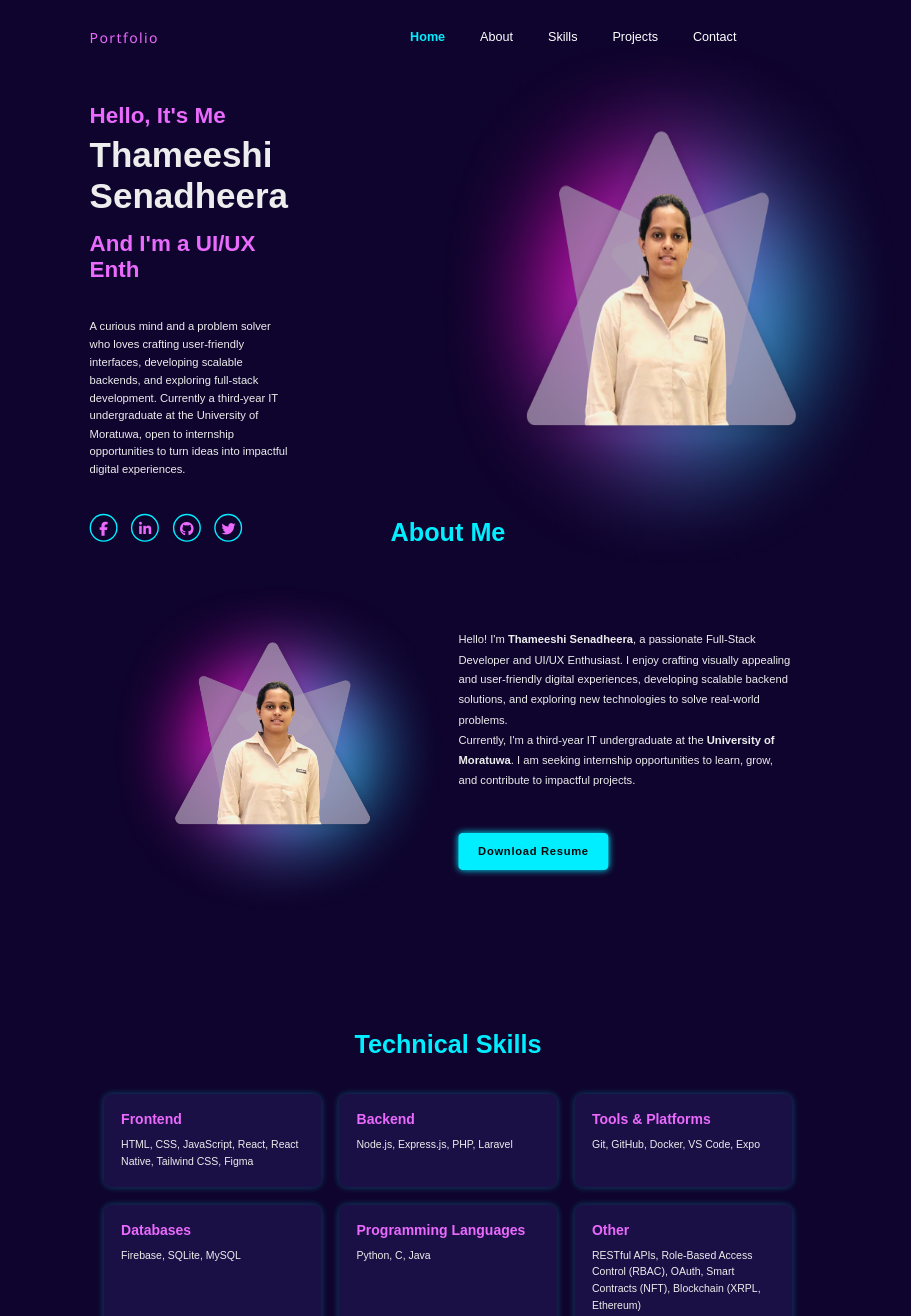
Repository: Thameeshi/portfolio-website
Page: http://localhost/
These files come from the project's save history. The page is drawn as it stood at one moment and after the next save; the edit follows.
The browser window is 1280 px wide. The page is 1302 px wide, then 1280 px, so the pictures cover 1302 px, including what lies to the right of the window. The pictures show the part of the page from y = 0 to 1880 px (the page is 3616 px tall), at 70% of full size.
Some web libraries are served in a nearby version. The page is served by the project's Node server (server.js).

Above is the page before, as saved 2025-09-10 11:36:34.

### public/css/style.css
/* Reset */
* {
    margin: 0;
    padding: 0;
    box-sizing: border-box;
    font-family: 'Poppins', sans-serif;
}

/* Body */
body {
    background: #0F042D;
    color: #ededed;
    scroll-behavior: smooth;
    overflow-x: hidden;
}

/* Header */
.header {
    position: fixed;
    top: 0;
    left: 0;
    width: 100%;
    padding: 40px 10%;
    display: flex;
    justify-content: space-between;
    align-items: center;
    z-index: 100;
    transition: background 0.3s ease-in-out;
}

.logo {
    font-size: 20px;
    color: #E96AFD;
    text-decoration: none;
    font-weight: 550;
    letter-spacing: 2px;
    font-family: 'Segoe UI', Tahoma, Geneva, Verdana, sans-serif;
    transition: transform 0.3s ease;
}
.logo:hover { transform: scale(1.1) rotate(-3deg); }

.navbar {
    display: flex;
    align-items: center;
    margin-right: 100px;
}
.navbar a {
    display: inline-block;
    font-size: 18px;
    color: #fff;
    text-decoration: none;
    font-weight: 500;
    margin-left: 50px;
    position: relative;
    transition: color 0.3s ease;
}
.navbar a::after {
    content: '';
    position: absolute;
    left: 0;
    bottom: -5px;
    width: 0;
    height: 2px;
    background: #0ef;
    transition: width 0.3s;
}
.navbar a:hover { color: #0ef; }
.navbar a:hover::after { width: 100%; }
.navbar a.active { color: #0ef; font-weight: 700; }

/* Home Section */
.home {
    display: flex;
    align-items: center;
    justify-content: space-between;
    padding: 50px 10%;
    height: 100vh;
    gap: 50px;
}

.home-content {
    flex: 1;
    max-width: 600px;
    animation: fadeIn 2s ease-in-out;
    margin-top: 200px;
}
.home-content h3 { font-size: 32px; font-weight: 700; color: #E96AFD; margin-bottom: 10px; animation: slideInLeft 1s ease; }
.home-content h1 { font-size: 50px; font-weight: 800; margin-bottom: 20px; animation: slideInRight 1.2s ease; }
.home-content p { line-height: 1.6; font-size: 16px; margin-bottom: 25px; margin-top:50px;animation: fadeInUp 1.5s ease; }

.btn-box {
    display: inline-block;
    padding: 12px 28px;
    background: #0ef;
    border-radius: 6px;
    font-size: 16px;
    color: #0a0a0a;
    font-weight: 600;
    letter-spacing: 1px;
    text-decoration: none;
    transition: 0.3s;
    box-shadow: 0 0 10px #0ef;
}
.btn-box:hover {
    background: #0c9;
    box-shadow: 0 0 20px #0ef, 0 0 40px #0ef;
    transform: scale(1.05);
}

/* Social Links */
.home-sci { margin-top: 50px; }
.home-sci a {
    display: inline-block;
    width: 40px;
    height: 40px;
    border: 2px solid #0ef;
    border-radius: 50%;
    font-size: 20px;
    color: #E96AFD;
    text-align: center;
    line-height: 40px;
    margin-right: 15px;
    transition: 0.4s;
}
.home-sci a:hover {
    background: #E96AFD;
    color: #0a0a0a;
    box-shadow: 0 0 20px #E96AFD;
}

/* Image next to home-content */

.image img {
    width: 800px;
    height: 800px;
    margin-left: 150px;
    margin-top: 150px;
}

/* Float animation */
@keyframes float {
    0%, 100% { transform: translateY(0); }
    50% { transform: translateY(-10px); }
}

/* About Section */
.about {
    padding: 70px 10%;
    color: #ededed;
    margin-top: -100px;
}
.about h2 { font-size: 36px; font-weight: 700; color: #0ef; margin-bottom: 40px; text-align: center; margin-top: 100px; }

.download { margin-top: 40px; }

.about-content {
    display: flex;
    align-items: center;
    justify-content: space-between;
    flex-wrap: wrap;
    gap: 30px;
    flex-direction: row-reverse;
}
.container { max-width: 1200px; margin: 0 auto; padding: 0 20px; margin-top: -50px; }
.about-text { flex: 1; min-width: 300px; font-size: 16px; line-height: 1.8; }
.about-text .btn-box { margin-top: 20px; }
.about-image { flex: 1; min-width: 400px; text-align: center; }
.about-image img { max-width: 500px; border-radius: 10px; }

/* Skills Section */
.skills {
    padding: 80px 10%;
    margin-top: 50px;
}
.skills h2 {
    font-size: 36px;
    font-weight: 700;
    color: #0ef;
    margin-bottom: 50px;
    text-align: center;
}
.skills-grid {
    display: grid;
    grid-template-columns: repeat(auto-fit, minmax(250px, 1fr));
    gap: 25px;
}
.skill-card {
    background: #1b1045;
    padding: 25px;
    border-radius: 12px;
    box-shadow: 0 0 10px rgba(14, 239, 255, 0.3);
    transition: transform 0.3s ease, box-shadow 0.3s ease;
}
.skill-card:hover {
    transform: translateY(-8px);
    box-shadow: 0 0 20px #0ef;
}
.skill-card h3 {
    font-size: 20px;
    color: #E96AFD;
    margin-bottom: 12px;
}
.skill-card p {
    font-size: 15px;
    line-height: 1.6;
    color: #ededed;
}

/* Projects Section */
.projects {
    padding: 80px 10%;
    margin-top: 50px;
}

.projects h2 {
    font-size: 36px;
    font-weight: 700;
    color: #0ef;
    margin-bottom: 50px;
    text-align: center;
}

.project-showcase {
    display: flex;
    justify-content: center;
    max-width: 1000px;
    margin: 0 auto;
}

.project-card {
    background: #1b1045;
    border-radius: 20px;
    overflow: hidden;
    box-shadow: 0 0 30px rgba(14, 239, 255, 0.2);
    transition: transform 0.3s ease, box-shadow 0.3s ease;
    width: 100%;
    display: flex;
    min-height: 500px;
}

.project-card:hover {
    transform: translateY(-5px);
    box-shadow: 0 0 40px rgba(14, 239, 255, 0.4);
}

.project-image-container {
    position: relative;
    flex: 1;
    overflow: hidden;
}

.project-images {
    position: relative;
    height: 100%;
    width: 100%;
}

.project-img {
    position: absolute;
    top: 0;
    left: 0;
    width: 100%;
    height: 100%;
    object-fit: cover;
    opacity: 0;
    transition: opacity 0.5s ease-in-out;
}

.project-img.active {
    opacity: 1;
}

.image-nav {
    position: absolute;
    bottom: 20px;
    left: 50%;
    transform: translateX(-50%);
    display: flex;
    gap: 10px;
    z-index: 3;
}

.nav-dot {
    width: 12px;
    height: 12px;
    border-radius: 50%;
    border: 2px solid rgba(255, 255, 255, 0.6);
    background: transparent;
    cursor: pointer;
    transition: all 0.3s ease;
}

.nav-dot:hover,
.nav-dot.active {
    background: #0ef;
    border-color: #0ef;
    transform: scale(1.2);
}

.project-overlay {
    position: absolute;
    top: 0;
    left: 0;
    right: 0;
    bottom: 0;
    background: linear-gradient(135deg, rgba(14, 239, 255, 0.8), rgba(233, 106, 253, 0.8));
    display: flex;
    align-items: center;
    justify-content: center;
    opacity: 0;
    transition: opacity 0.3s ease;
    z-index: 2;
}

.project-card:hover .project-overlay {
    opacity: 1;
}

.project-links {
    display: flex;
    gap: 20px;
}

.project-link {
    width: 60px;
    height: 60px;
    background: rgba(255, 255, 255, 0.2);
    border-radius: 50%;
    display: flex;
    align-items: center;
    justify-content: center;
    color: #fff;
    font-size: 24px;
    text-decoration: none;
    backdrop-filter: blur(10px);
    border: 2px solid rgba(255, 255, 255, 0.3);
    transition: all 0.3s ease;
}

.project-link:hover {
    background: rgba(255, 255, 255, 0.3);
    transform: scale(1.1);
    border-color: rgba(255, 255, 255, 0.6);
}

.project-info {
    flex: 1;
    padding: 40px;
    display: flex;
    flex-direction: column;
    justify-content: center;
}

.project-info h3 {
    font-size: 28px;
    color: #E96AFD;
    margin-bottom: 20px;
    font-weight: 700;
}

.project-info p {
    font-size: 16px;
    line-height: 1.7;
    color: #ededed;
    margin-bottom: 25px;
}

.project-features {
    display: grid;
    grid-template-columns: 1fr 1fr;
    gap: 15px;
    margin-bottom: 25px;
}

.feature {
    display: flex;
    align-items: center;
    gap: 8px;
    font-size: 14px;
    color: #ededed;
}

.feature i {
    color: #0ef;
    font-size: 16px;
}

.project-tech {
    display: flex;
    flex-wrap: wrap;
    gap: 10px;
}

.project-tech span {
    background: linear-gradient(135deg, #0ef, #E96AFD);
    color: #0a0a0a;
    padding: 8px 16px;
    border-radius: 25px;
    font-size: 13px;
    font-weight: 600;
    letter-spacing: 0.5px;
}

/* Responsive */
@media (max-width: 768px) {
    .projects {
        padding: 60px 5%;
    }

    .project-card {
        flex-direction: column;
        min-height: auto;
    }

    .project-image-container {
        height: 300px;
    }

    .project-info {
        padding: 30px 25px;
    }

    .project-info h3 {
        font-size: 24px;
    }

    .project-info p {
        font-size: 15px;
    }

    .project-features {
        grid-template-columns: 1fr;
        gap: 10px;
    }

    .project-links {
        gap: 15px;
    }

    .project-link {
        width: 50px;
        height: 50px;
        font-size: 20px;
    }
}

/* Add these styles to your existing stylesheet.css file */

/* Contact Section */
.contact {
    padding: 80px 10%;
    margin-top: 50px;
}

.contact h2 {
    font-size: 36px;
    font-weight: 700;
    color: #0ef;
    margin-bottom: 20px;
    text-align: center;
}

.contact > p {
    text-align: center;
    font-size: 18px;
    color: #ededed;
    margin-bottom: 50px;
    opacity: 0.8;
}

.contact-content {
    display: grid;
    grid-template-columns: 1fr 1fr;
    gap: 60px;
    max-width: 1200px;
    margin: 0 auto;
    align-items: start;
}

.contact-info {
    display: flex;
    flex-direction: column;
    gap: 30px;
}

.contact-item {
    background: #1b1045;
    padding: 25px;
    border-radius: 15px;
    text-align: center;
    transition: transform 0.3s ease, box-shadow 0.3s ease;
    border: 1px solid rgba(14, 239, 255, 0.1);
}

.contact-item:hover {
    transform: translateY(-5px);
    box-shadow: 0 10px 30px rgba(14, 239, 255, 0.2);
}

.contact-item i {
    font-size: 28px;
    color: #0ef;
    margin-bottom: 15px;
}

.contact-item h3 {
    font-size: 20px;
    color: #E96AFD;
    margin-bottom: 10px;
    font-weight: 600;
}

.contact-item p {
    color: #ededed;
    font-size: 16px;
}

.contact-form {
    background: #1b1045;
    padding: 40px;
    border-radius: 20px;
    box-shadow: 0 0 20px rgba(14, 239, 255, 0.1);
    border: 1px solid rgba(14, 239, 255, 0.1);
}

.form-group {
    margin-bottom: 25px;
}

.form-group input,
.form-group textarea {
    width: 100%;
    padding: 15px 20px;
    background: rgba(15, 4, 45, 0.8);
    border: 2px solid rgba(14, 239, 255, 0.2);
    border-radius: 10px;
    color: #ededed;
    font-size: 16px;
    font-family: 'Poppins', sans-serif;
    transition: all 0.3s ease;
    resize: vertical;
}

.form-group input:focus,
.form-group textarea:focus {
    outline: none;
    border-color: #0ef;
    box-shadow: 0 0 0 3px rgba(14, 239, 255, 0.1);
    transform: translateY(-2px);
}

.form-group input::placeholder,
.form-group textarea::placeholder {
    color: rgba(237, 237, 237, 0.6);
}

.form-group textarea {
    min-height: 120px;
    max-height: 200px;
}

.contact-form .btn-box {
    width: 100%;
    padding: 15px;
    font-size: 18px;
    margin-top: 10px;
    position: relative;
    overflow: hidden;
}

.contact-form .btn-box:hover {
    transform: translateY(-2px);
}

.contact-form .btn-box:active {
    transform: translateY(0);
}

/* Footer */
.footer {
    background: #1b1045;
    padding: 30px 10%;
    text-align: center;
    margin-top: 50px;
    border-top: 1px solid rgba(14, 239, 255, 0.1);
}

.footer p {
    color: #ededed;
    font-size: 14px;
    opacity: 0.8;
}

/* Enhanced responsive design */
@media (max-width: 768px) {
    .contact {
        padding: 60px 5%;
    }

    .contact-content {
        grid-template-columns: 1fr;
        gap: 40px;
    }

    .contact-form {
        padding: 25px 20px;
    }

    .form-group input,
    .form-group textarea {
        padding: 12px 15px;
        font-size: 14px;
    }

    .contact h2 {
        font-size: 28px;
    }

    .contact > p {
        font-size: 16px;
    }

    .contact-item {
        padding: 20px;
    }

    .contact-item i {
        font-size: 24px;
    }

    .contact-item h3 {
        font-size: 18px;
    }
}

@media (max-width: 480px) {
    .contact-form {
        padding: 20px 15px;
    }

    .form-group {
        margin-bottom: 20px;
    }

    .contact-info {
        gap: 20px;
    }

    .contact-item {
        padding: 15px;
    }
}

/* Additional animations */
@keyframes slideInLeft {
    from {
        transform: translateX(-50px);
        opacity: 0;
    }
    to {
        transform: translateX(0);
        opacity: 1;
    }
}

@keyframes slideInRight {
    from {
        transform: translateX(50px);
        opacity: 0;
    }
    to {
        transform: translateX(0);
        opacity: 1;
    }
}

/* Performance optimizations */
* {
    box-sizing: border-box;
}

img {
    max-width: 100%;
    height: auto;
}

/* Smooth transitions for better UX */
a, button {
    transition: all 0.3s ease;
}

/* Focus styles for accessibility */
a:focus,
button:focus,
input:focus,
textarea:focus {
    outline: 2px solid #0ef;
    outline-offset: 2px;
}

/* High contrast mode support */
@media (prefers-contrast: high) {
    .skill-card,
    .project-card,
    .contact-item,
    .contact-form {
        border: 2px solid #0ef;
    }
}

/* Reduced motion support */
@media (prefers-reduced-motion: reduce) {
    *,
    *::before,
    *::after {
        animation-duration: 0.01ms !important;
        animation-iteration-count: 1 !important;
        transition-duration: 0.01ms !important;
    }
}

/* Print styles */
@media print {
    .header,
    .contact-form,
    .project-overlay,
    .hamburger {
        display: none !important;
    }

    body {
        background: white !important;
        color: black !important;
    }

    .home,
    .about,
    .skills,
    .projects {
        page-break-inside: avoid;
        margin-bottom: 20px;
    }
}

/* Keyframe Animations */
@keyframes fadeIn { from { opacity: 0; } to { opacity: 1; } }
@keyframes slideInLeft { from { transform: translateX(-50px); opacity: 0; } to { transform: translateX(0); opacity: 1; } }
@keyframes slideInRight { from { transform: translateX(50px); opacity: 0; } to { transform: translateX(0); opacity: 1; } }
@keyframes fadeInUp { from { transform: translateY(30px); opacity: 0; } to { transform: translateY(0); opacity: 1; } }

/* Responsive */
@media (max-width: 768px) {
    .home {
        flex-direction: column;
        text-align: center;
        padding: 100px 5% 0;
        gap: 30px;
    }
    .home-content h1 { font-size: 36px; }
    .home-content h3 { font-size: 24px; }
    .image { max-width: 200px; margin-top: 20px; }
    .about-content { flex-direction: column; text-align: center; }
    .about-image img { max-width: 200px; margin-top: 20px; }
    .navbar a { margin-left: 20px; font-size: 16px; }
    .header { padding: 15px 5%; }
}

Loaded but not shown: public/js/main.js (628 lines, source omitted); server.js (274 lines, source omitted); views/index.ejs (352 lines, source omitted)

After the next save:
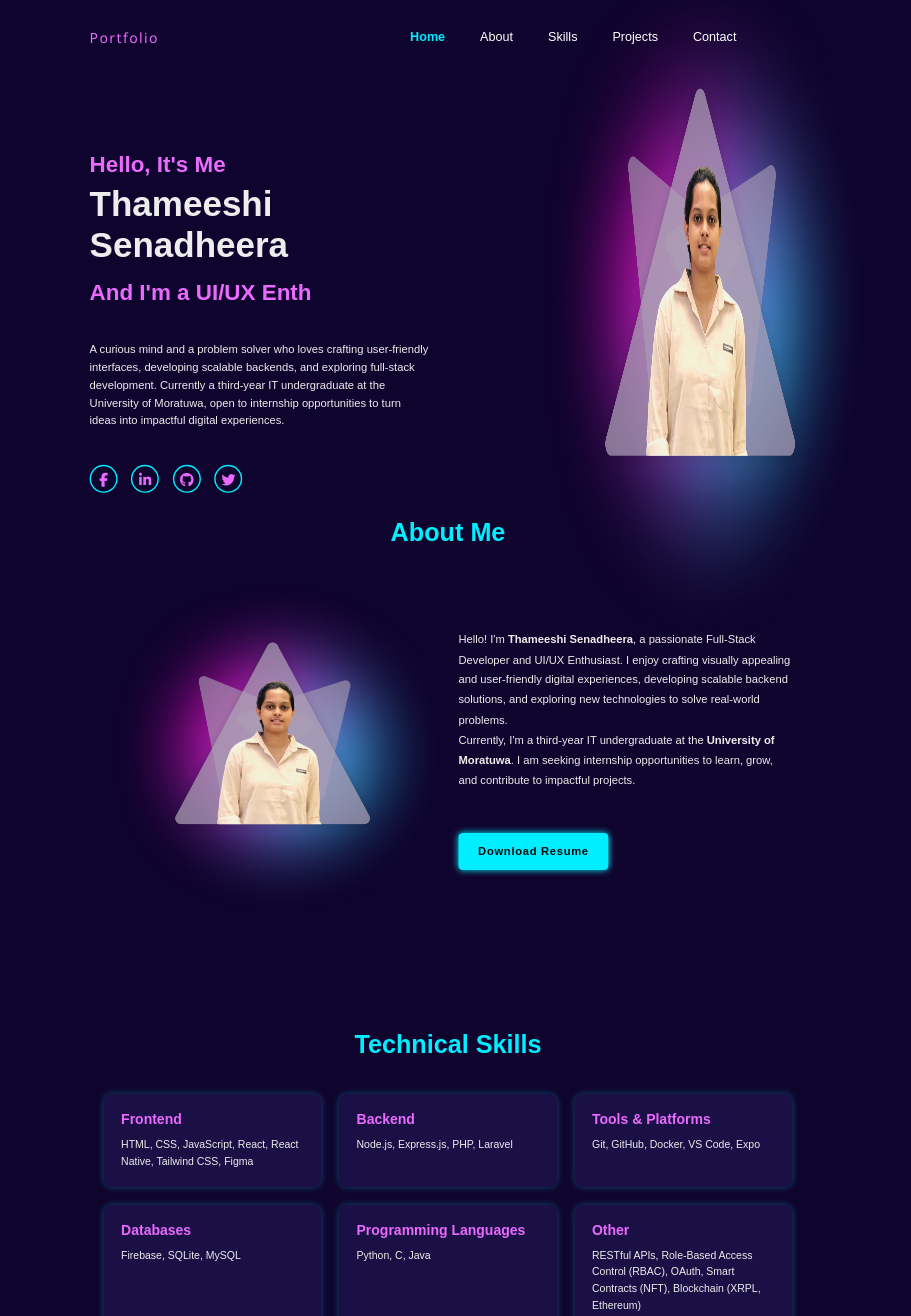
Saved 3 min 4 s later.
--- a/public/css/style.css
+++ b/public/css/style.css
@@ -129,11 +129,15 @@ body {
 }
 
 /* Image next to home-content */
-
+.image {
+    flex: 1;
+    max-width: auto;
+    animation: float 3s ease-in-out infinite;
+}
 .image img {
-    width: 800px;
-    height: 800px;
-    margin-left: 150px;
+    width: 1500px;
+    height: 1000px;
+    margin-left: 100px;
     margin-top: 150px;
 }
 
